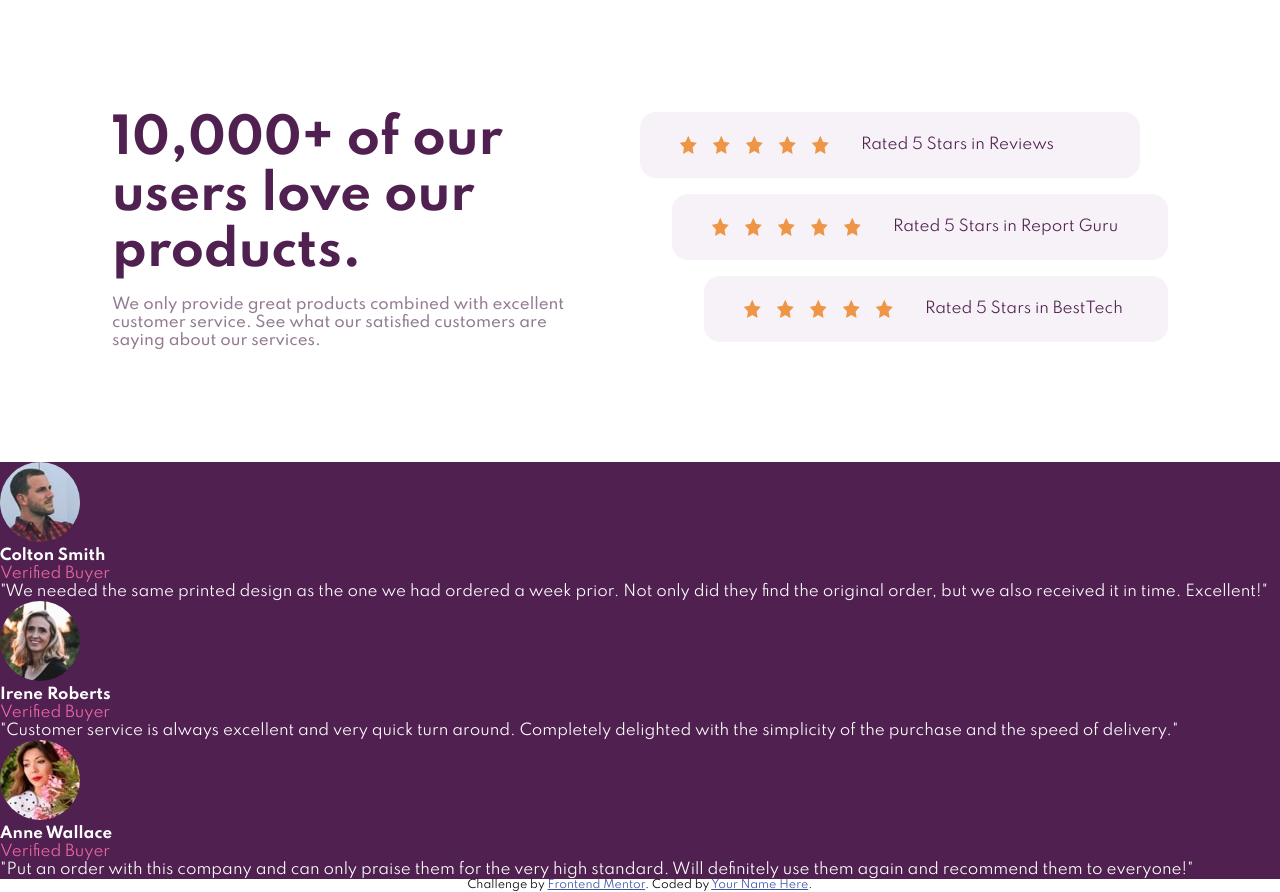
Repository: Pedrohamoura-Git/Frontend-Mentor-Challenges
Page: Newbie/social-proof-section-master/index.html
The author's editor kept a copy of each file at every save. The page is drawn from the files as they stood at one save, then again after the next save.
The browser window is 1280 px wide. The pictures show the whole page.

Above is the page before, as saved 2021-05-30 12:25:53.

After the next save:
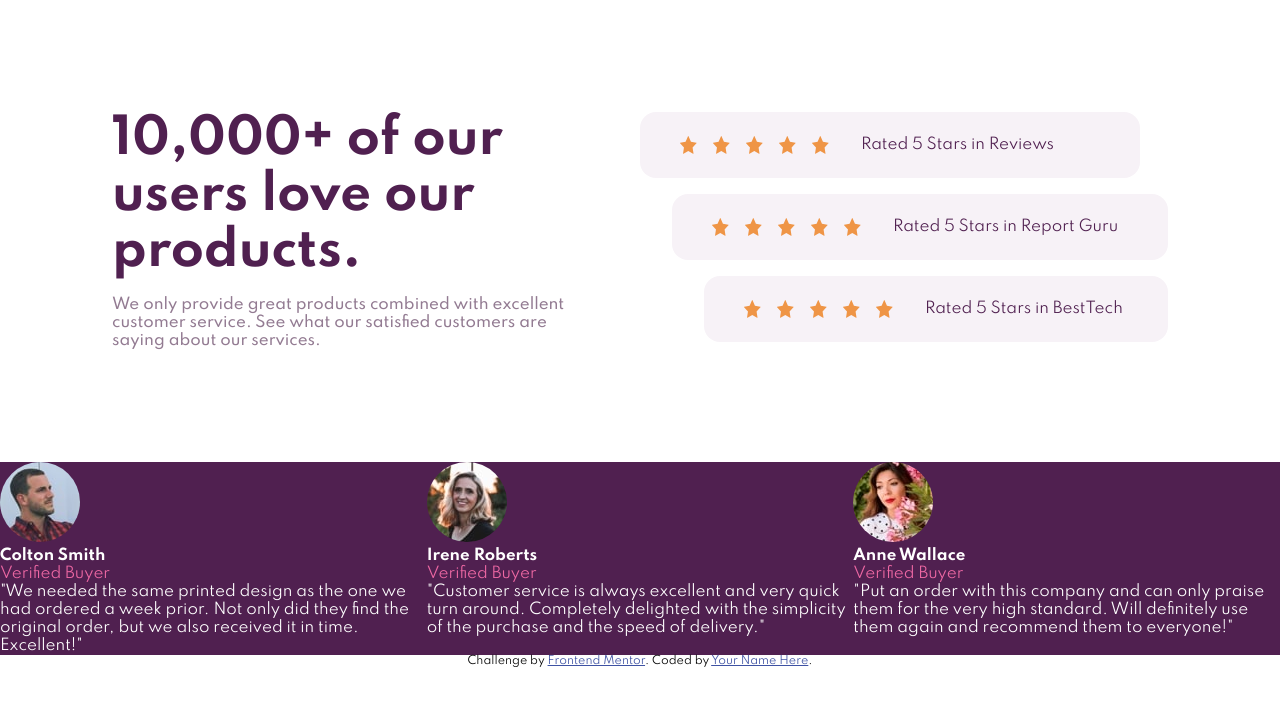
Saved 1 s later.
--- a/Newbie/social-proof-section-master/css/style.css
+++ b/Newbie/social-proof-section-master/css/style.css
@@ -132,5 +132,5 @@
     */
         #reviews {
             display: grid;
-            grid-template-columns: repeat(3, 1f);
+            grid-template-columns: repeat(3, 1fr);
         }
